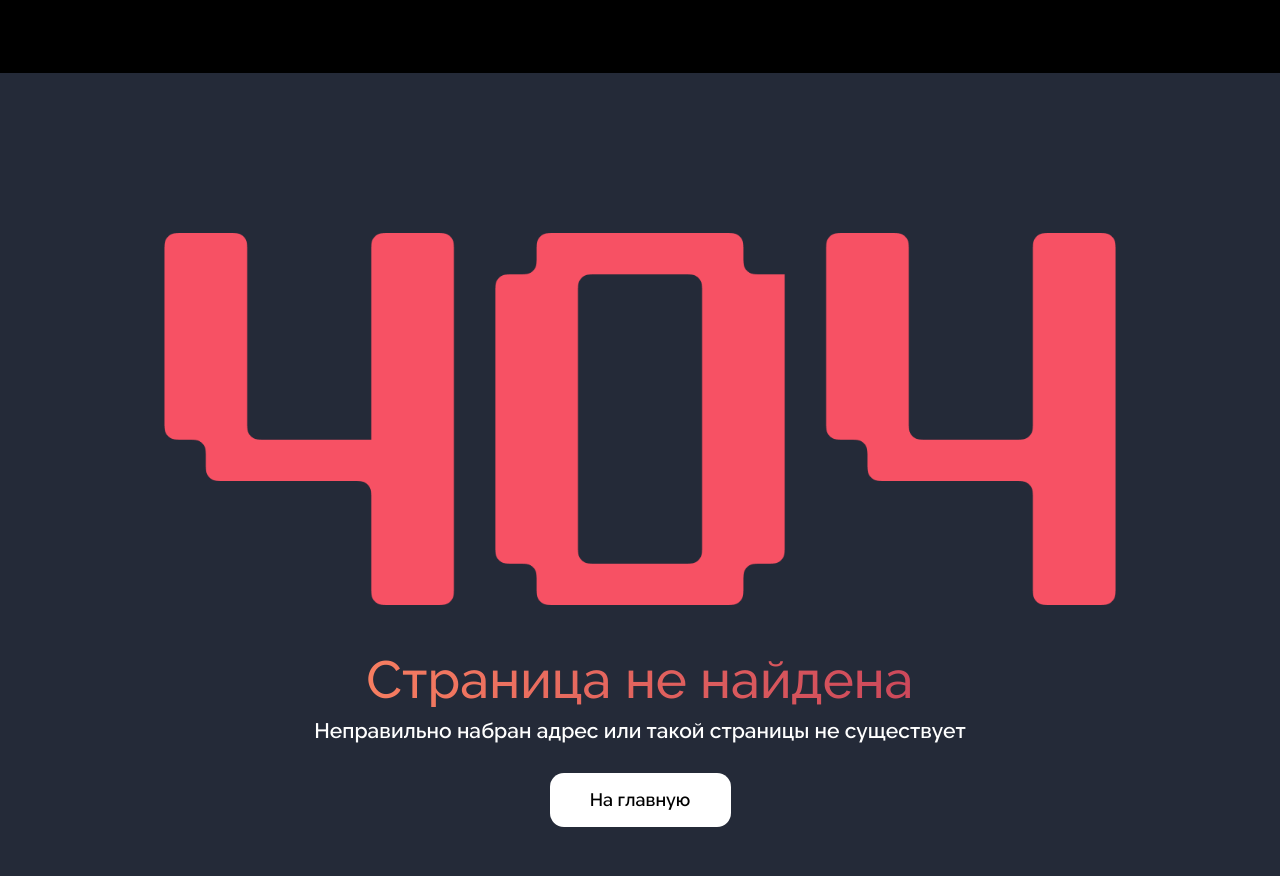
Repository: Dencelot/ecomz
Page: /
An editor plug-in stored every save of this project. The page is shown before and after the next save, followed by the edit.
The browser window is 1280 px wide. The pictures show the whole page.
The project was rebuilt for these pictures with package versions that can differ from the ones it lists, and the page was loaded fresh each time. The framework's server and built-in components were replaced by stand-ins that run in the browser. Also part of the build but not shown: next.config.mjs, app/data/data.ts.

Above is the page before, as saved 2024-05-08 11:26:31.

### app/layout.tsx
import type { Metadata } from "next";
import { Inter } from "next/font/google";
import "./globals.scss";
import Header from "./components/Layout/Header";
import localFont from "next/font/local"

const inter = Inter({ subsets: ["latin"] });

export const metadata: Metadata = {
  title: "Create Next App",
  description: "Generated by create next app",
};
const rising = localFont({
	variable: "--font-family",
	src: [
		{
			path: "./fonts/rising/RisingSun-Light.ttf",
			weight: "300",
			style: "normal",
		},
		{
			path: "./fonts/rising/RisingSun-Regular.ttf",
			weight: "400",
			style: "normal",
		},
		{
			path: "./fonts/rising/RisingSun-Medium.ttf",
			weight: "500",
			style: "normal",
		},
		{
			path: "./fonts/rising/RisingSun-SemiBold.ttf",
			weight: "600",
			style: "normal",
		},

		{
			path: "./fonts/rising/RisingSun-Bold.ttf",
			weight: "700",
			style: "normal",
		},
	],
	display: "swap",
})
export default function RootLayout({
  children,
}: Readonly<{
  children: React.ReactNode;
}>) {
  return (
    <html lang="en">
      <body className={`${rising.variable}`}>
        <Header/>
        {children}
      </body>
    </html>
  );
}

### app/[...404]/page.tsx
import Image from 'next/image'
import Link from 'next/link'
import { page404 } from '../data/404'

const Page = () => {
  return (
    <main className='flex-auto w-full minH pt-[120px] md:pt-[160px] h-svh md:h-auto pb-14'>
      <div className='container flex flex-col items-center h-full'>
        <Image
          src={'/img/404.png'}
          alt='404'
          width={1566}
          height={486}
          className='mb-14 w-[232px] h-[72px] md:w-auto md:h-auto'
        />
        <div className='flex flex-col items-center flex-auto'>
          <h1 className='text-3xl md:text-6xl mb-3 bg-gradient-to-r from-[#f77e61]  to-[#f75064cc] inline-block text-transparent bg-clip-text text-center'>
            {page404.title}
          </h1>
          <p className='text-2xl text-white font-medium text-center text-balance'>
            {page404.text}
          </p>
        </div>
        <Link
          className='bg-white rounded-2xl py-4 px-10 mt-8 w-full text-center md:max-w-[181px]'
          href={'/'}
        >
          {page404.linkText}
        </Link>
      </div>
    </main>
  )
}

export default Page

### app/globals.scss
@tailwind base;
@tailwind components;
@tailwind utilities;

:root {
	--bazalt-100: #242a38;
	--white-100: #fff;
	--sunrise-100: #f77b61;
	--sunset-100: #f75164;
	--neon-100: #5f77f7;
	--black-90: #384258;
	--black-80: #4d5a78;
	--black-70: #617297;
	--black-60: #808dad;
	--black-50: #a0aac2;
	--black-40: #bfc6d6;
	--black-30: #dfe3eb;
	--black-20: #e3e6ed;
	--black-10: #e7eaf0;
	--black-09: rgba(36, 42, 56, 0.9);
	--black-08: rgba(36, 42, 56, 0.8);
	--black-07: rgba(36, 42, 56, 0.7);
	--black-06: rgba(36, 42, 56, 0.6);
	--black-05: rgba(36, 42, 56, 0.5);
	--black-04: rgba(36, 42, 56, 0.4);
	--black-03: rgba(36, 42, 56, 0.3);
	--black-02: rgba(36, 42, 56, 0.2);
	--black-01: rgba(36, 42, 56, 0.1);
	--sunrise-90: #f88b75;
	--sunrise-80: #f99c88;
	--sunrise-70: #faad9c;
	--sunrise-60: #fbbdb0;
	--sunrise-50: #fccdc4;
	--sunrise-40: #fdded8;
	--sunrise-30: #feefeb;
	--sunrise-20: #fef1ed;
	--sunrise-10: #fef3f0;
	--sunrise-08: rgba(247, 123, 97, 0.8);
	--sunrise-0: rgba(247, 123, 97, 0.7);
	--sunrise-0: rgba(247, 123, 97, 0.9);
	--sunrise-0: rgba(247, 123, 97, 0.6);
	--sunrise-0: rgba(247, 123, 97, 0.5);
	--sunrise-0: rgba(247, 123, 97, 0.4);
	--sunrise-0: rgba(247, 123, 97, 0.3);
	--sunrise-02: rgba(247, 123, 97, 0.2);
	--sunrise-01: rgba(247, 123, 97, 0.1);
	--sunrise-005: rgba(247, 123, 97, 0);
	--sunset-09: rgba(247, 81, 100, 0.9);
	--sunset-08: rgba(247, 81, 100, 0.8);
	--sunset-07: rgba(247, 81, 100, 0.7);
	--sunset-06: rgba(247, 81, 100, 0.6);
	--sunset-05: rgba(247, 81, 100, 0.5);
	--sunset-04: rgba(247, 81, 100, 0.4);
	--sunset-03: rgba(247, 81, 100, 0.3);
	--sunset-02: rgba(247, 81, 100, 0.2);
	--sunset-01: rgba(247, 81, 100, 0.1);
	--neon-09: rgba(95, 119, 247, 0.9);
	--neon-08: rgba(95, 119, 247, 0.8);
	--neon-07: rgba(95, 119, 247, 0.7);
	--neon-06: rgba(95, 119, 247, 0.6);
	--neon-05: rgba(95, 119, 247, 0.5);
	--neon-04: rgba(95, 119, 247, 0.4);
	--neon-03: rgba(95, 119, 247, 0.3);
	--neon-02: rgba(95, 119, 247, 0.2);
	--neon-01: rgba(95, 119, 247, 0.1);
	--white-09: rgba(255, 255, 255, 0.9);
	--white-08: rgba(255, 255, 255, 0.8);
	--white-07: rgba(255, 255, 255, 0.7);
	--white-06: rgba(255, 255, 255, 0.6);
	--white-05: rgba(255, 255, 255, 0.5);
	--white-04: rgba(255, 255, 255, 0.4);
	--white-03: rgba(255, 255, 255, 0.3);
	--white-02: rgba(255, 255, 255, 0.2);
	--white-01: rgba(255, 255, 255, 0.1);
	--background-black: #242a38;
	--background-bg-sunrise: #f1fdfb;
	--background-bg-mint-09: rgba(241, 253, 251, 0.9);
	--background-bg-lavanda: #fff8f9;
	--font-family: "Rising Sun", sans-serif;
	--second-family: "Montserrat", sans-serif;
	--third-family: "Arial", sans-serif;
	--font3: "Manrope", sans-serif;
	--font4: "SF Pro Text", sans-serif;
	--font5: "Inter", sans-serif;
	--font6: "Ubuntu", sans-serif;
	--font7: "Gilroy", sans-serif;
	--font8: "SF Pro", sans-serif;
}



*{
  padding: 0;
  margin: 0;
  border: 0;

}
*,*:before,*:after{
  -moz-box-sizing: border-box;
  -webkit-box-sizing: border-box;
  box-sizing: border-box;
}

:focus,:active{outline: none;}
a:focus,a:active{outline: none;}


nav,footer,header,aside{display: block;}
html{
  height: 100%;
  background-color: var(--background-black);
  overflow-x: hidden;
}
html,body{
  width: 100%;
  font-size: 100%;
  line-height: 1;
  font-size: 14px;
  -ms-text-size-adjust: 100%;
  -moz-text-size-adjust: 100%;
  -webkit-text-size-adjust: 100%;
}
body{
  min-height: 100%;
  display: flex;
  flex-direction: column;
  align-items: center;
  justify-content: start;
  font-weight: 500;
font-size: 18px;
line-height: 144%;
font-family: var(--font-family);

}

input,button,textarea{font-family: inherit; }



input::-ms-clear{display: none;}
button{cursor: pointer;
  padding: 0;
  border: none;
  font: inherit;
  color: inherit;
  background-color: transparent;}
button::-moz-focus-inner {padding:0;border:0;}
a, a:visited{text-decoration: none;}
a:hover{text-decoration: none;}
ul li{list-style: none;}
img{vertical-align: top;}

h1,h2,h3,h4,h5,h6{font-size: inherit;font-weight: 400;}

._ibg {
  background-position: center;
  background-size: cover;
  background-repeat: no-repeat;
  position: relative;
}

._ibg img {
position: absolute;
top: 0;
left: 0;
width: 100%;
}

img{
  object-fit: cover;
}
.img{
	width: 100%;
  	height: auto;
}

.container{
  width: 100%;
  max-width: 1680px;
  padding-left:16px ;
  padding-right:16px ;
  margin: 0 auto;
  @media (min-width:768px) {
    padding-left:40px ;
    padding-right:40px ;
  }
}

.topTitle{
	font-family: var(--font-family);
	font-weight: 500;
	font-size: 105px;
	line-height: 99%;
	max-width: 300px;

	letter-spacing: -0.02em;
	@media (max-width:1599px) {
		font-size: 6vw;

	}
	@media (max-width:1399px) {
		font-size: 64px;
		max-width: 200px;
	}
	@media (max-width:1100px) {
		font-size: 54px;
	}
	@media (max-width:459px) {
		font-size: 47px;

	}
	@media (max-width:359px) {
		font-size: 44px;

	}
}
.topSubTitle{
	font-weight: 500;
	font-size: 32px;
	line-height: 131%;
	letter-spacing: -0.02em;
	margin-top: 20px;
	margin-left: 40px;
	@media (max-width:1599px) {
		font-size: 2vw;
		margin-left: 30px;

	}
	@media (max-width:1399px) {
		font-size: 26px;
		margin-left: 0px;
		margin-top: 40px;

	}
	@media (max-width:1100px) {
		font-size: 20px;
		margin-top: 24px;

	}
	@media (max-width:459px) {
		font-size: 16px;

	}
}

.minH{
	min-height: 870px;
	@media (max-width:1399px) {
		min-height: 700px;
	}
	@media (max-width:968px) {
		min-height: 600px;
	}
	@media (max-width:767px) {
		min-height: 500px;
	}
}

.art{
	border-bottom: 1px solid var(--white-01);
	border-right: 1px solid var(--white-01);
	border-radius: 30px;
	backdrop-filter: blur(2px);
	background: linear-gradient(120deg, rgba(36, 42, 56, 0.5) 0%, rgba(36, 42, 56, 0.5) 100%);
}

.truncateP{
	margin: 0;
    -webkit-line-clamp: 3;
    display: -webkit-box;
    -webkit-box-orient: vertical;
    overflow: hidden;
}

### app/components/Layout/Header.tsx
import Image from 'next/image'
import Link from 'next/link'
import MenuCnt from './menuheader/MenuCnt'
const Header = () => {
  return (
    <header className='z-[9999] w-full md:sticky top-0 left-0 fixed  bg-[var(--black-07)] md:overflow-hidden'>
      <div className='absolute top-0 left-0 right-0 bottom-0 z-[1] bg-black'>

      </div>
      <div className='container h-[80px] md:h-[73px] pt-[24px] pb-[24px] flex items-center justify-between '>
        <Link href="/">
          <Image alt='Ecomz' className='md:h-[37px] h-[32px] md:w-[157px] w-[136px]'  width={157} height={37} src={'/img/ecomz_logo.svg'}/>
        </Link>

        <MenuCnt/>
      </div>
    </header>
  )
}

export default Header

### app/data/404.ts
export const page404 = {
  title: 'Страница не найдена',
  text: 'Неправильно набран адрес или такой страницы не существует',
  linkText: 'На главную',
}

### app/components/Layout/menuheader/MenuCnt.tsx
'use client'
import React, { useState } from 'react'
import Menu from './Menu'
import BurgerMob from './BurgerMob'

const MenuCnt = () => {
   const [active,setActive]= useState(false)
   const handleClick = () =>{
      setActive(!active)
   }
  return (
      <>
      <Menu active={active}/>
      <BurgerMob handleClick={handleClick} active={active}/>
      </>
  )
}

export default MenuCnt

### app/components/Layout/menuheader/Menu.tsx
'use client'
import React from 'react'
import Link from 'next/link'
import { data } from '@/app/data/data'
import ContactsLink from './ContactsLink'
const Menu = ({active}:{active:boolean}) => {
   return (
      <nav className={`${active?'translate-x-0':' md:translate-x-0 translate-x-full'} transition-transform md:bg-inherit bg-[var(--black-07)] md:h-auto h-screen md:relative absolute top-full right-0 md:top-auto`}>
         <ul className=' md:p-0 p-[20px]  items-end md:flex-row flex-col flex md:items-center md:h-[46px] md:rounded-[16px] md:overflow-hidden md:border-solid md:border-[1px] md:border-white'>
            <li className='md:pl-[24px]'>
               <Link className='transition-colors hover:text-[var(--white-06)] text-[var(--white-100)]' href={''}>{data.header.hash}</Link>
            </li>
            <li className='md:px-[32px]'>
               <Link className='text-[var(--white-100)] hover:text-[var(--white-06)] transition-colors' href={''}>{data.header.link}</Link>
            </li>
            <ContactsLink/>
         </ul>
      </nav>
   )
}

export default Menu

### app/components/Layout/menuheader/BurgerMob.tsx
'use client'
import React, { useState } from 'react'
import Burger from './Burger'

const BurgerMob = ({active,handleClick}:{active:boolean,handleClick:any}) => {

  return (
    <button onClick={handleClick} className='md:hidden'>
      <Burger active={active} mob={true}/>
    </button>
  )
}

export default BurgerMob

### app/components/Layout/menuheader/ContactsLink.tsx
'use client'
import React, { useState } from 'react'
import Link from 'next/link'
import { data } from '@/app/data/data'
import Burger from './Burger'

const ContactsLink = () => {
   const [active,setActive]=useState(false)
   const handleClick = () =>{
      setActive(!active)
   }
  return (
   <li className='h-full'>
      <button onClick={handleClick} className='flex items-center justify-center h-full md:px-[16px] md:text-[var(--bazalt-100)] md:hover:bg-[var(--sunrise-40)] text-[var(--white-100)] md:bg-[var(--white-100)] rounded-tl-[16px] rounded-bl-[16px] transition-colors'>
         <span className='md:mr-[12px]'>
            {data.header.popup}
         </span>
         <span className='md:block hidden'>
         <Burger active={active}/>
         </span>
      </button>

   </li>
  )
}

export default ContactsLink

### app/components/Layout/menuheader/Burger.tsx
import React from 'react'

const Burger = ({active,mob}:{mob?:boolean,active:boolean}) => {
   return (
      <span className='flex items-center justify-between flex-col w-[24px] h-[12px]'>
         <span className={`${active&&'rotate-45 translate-y-[6px]'} transition-transform h-[2px] w-full rounded-[16px] ${mob?'bg-[var(--white-100)]':'bg-[var(--bazalt-100)]'}`}>

         </span>
         <span className={`${active&&'opacity-0'} transition-opacity h-[2px] w-full rounded-[16px] ${mob?'bg-[var(--white-100)]':'bg-[var(--bazalt-100)]'}`}>

         </span>
         <span className={`${active&&'-rotate-45 translate-y-[-4px]'} transition-transform h-[2px] w-full rounded-[16px] ${mob?'bg-[var(--white-100)]':'bg-[var(--bazalt-100)]'}`}>

         </span>
      </span>
   )
}

export default Burger

### tailwind.config.ts
import type { Config } from "tailwindcss";

const config: Config = {
  content: [
    "./pages/**/*.{js,ts,jsx,tsx,mdx}",
    "./components/**/*.{js,ts,jsx,tsx,mdx}",
    "./app/**/*.{js,ts,jsx,tsx,mdx}",
  ],
  theme: {
    extend: {
      backgroundImage: {
        "gradient-radial": "radial-gradient(var(--tw-gradient-stops))",
        "gradient-conic":
          "conic-gradient(from 180deg at 50% 50%, var(--tw-gradient-stops))",
      },
      screens: {
        'xxs': '360px',
        'xs': '480px',
        'sm': '768px',

        'md': '968px',

        'lg': '1200px',

        'xl': '1400px',

        '2xl': '1600px',
      }
    },
  },
  plugins: [],
};
export default config;

After the next save:
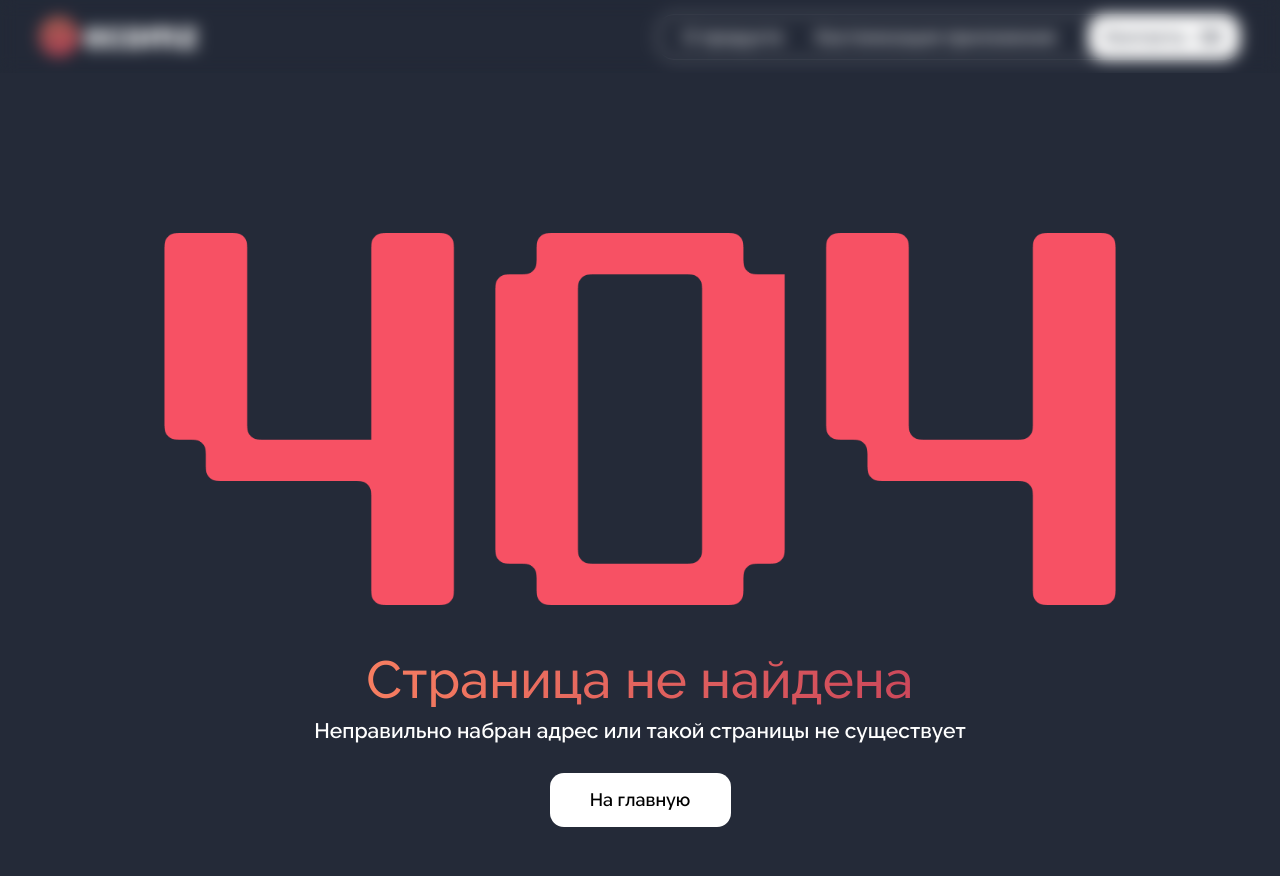
Saved 7 s later.
--- a/app/components/Layout/Header.tsx
+++ b/app/components/Layout/Header.tsx
@@ -4,7 +4,7 @@
 const Header = () => {
   return (
     <header className='z-[9999] w-full md:sticky top-0 left-0 fixed  bg-[var(--black-07)] md:overflow-hidden'>
-      <div className='absolute top-0 left-0 right-0 bottom-0 z-[1] bg-black'>
+      <div className='absolute top-0 left-0 right-0 bottom-0 z-[1] backdrop-blur'>
 
       </div>
       <div className='container h-[80px] md:h-[73px] pt-[24px] pb-[24px] flex items-center justify-between '>
